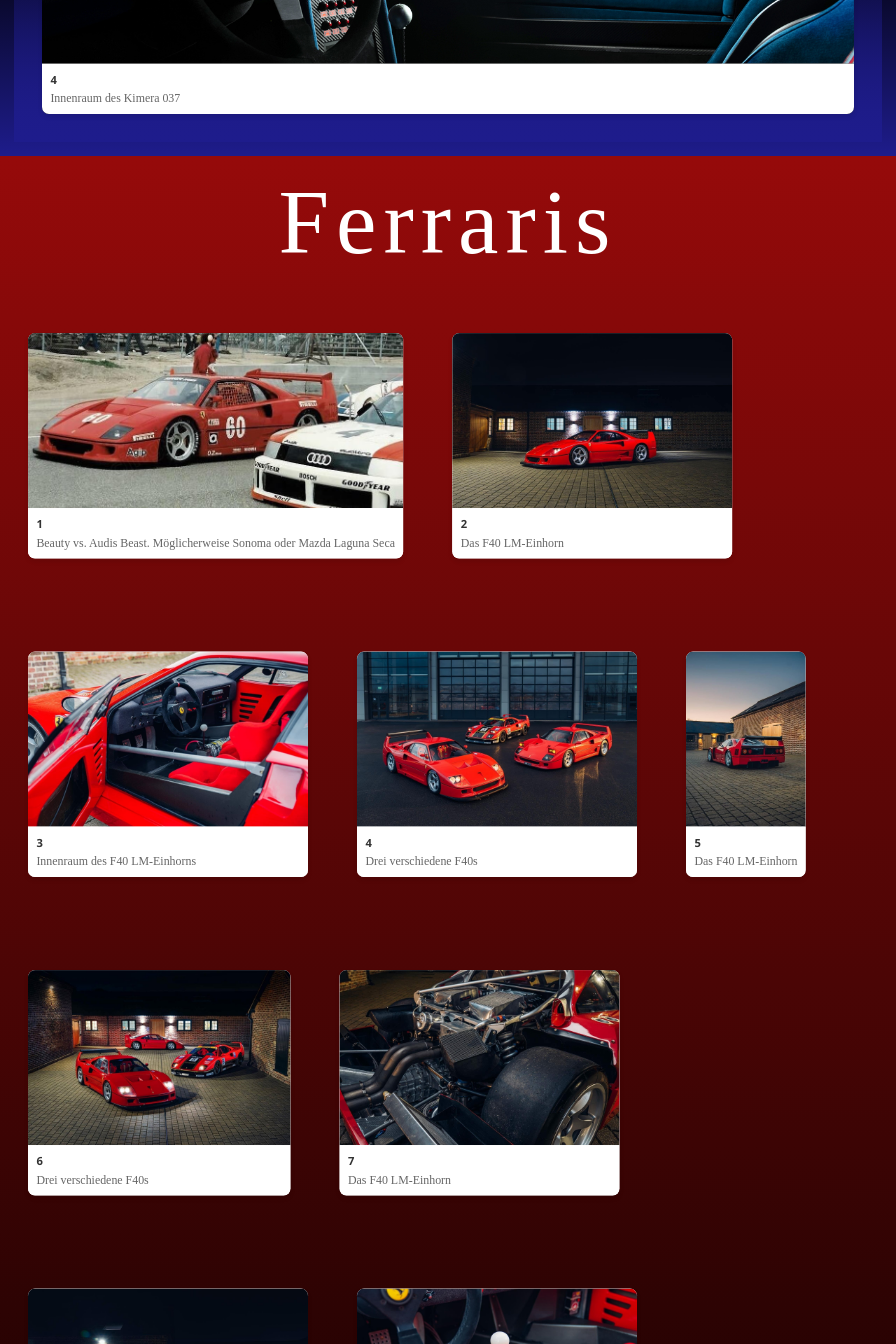
Repository: Johannes-Harald/martini-racing-fanclub
Page: /
The author's editor kept a copy of each file at every save. The page is drawn from the files as they stood at one save, then again after the next save.
The browser window is 1280 px wide. The pictures show the part of the page from y = 1607 to 3527 px (the page is 9148 px tall before and 9031 px after), at 70% of full size.
Some web fonts or font styles are not loaded; a fallback is used. The project was rebuilt for these pictures with package versions that can differ from the ones it lists, and the page was loaded fresh each time. Also part of the build but not shown: vite.config.js, src/components/Lightbox/Lightbox.css, src/components/Lightbox/Lightbox.jsx, src/components/TitleCards/TitleCards.jsx, src/pages/Videos/Videos.css, src/pages/Videos/Videos.jsx.

Above is the page before, as saved 2024-10-13 10:22:13.

After the next save:
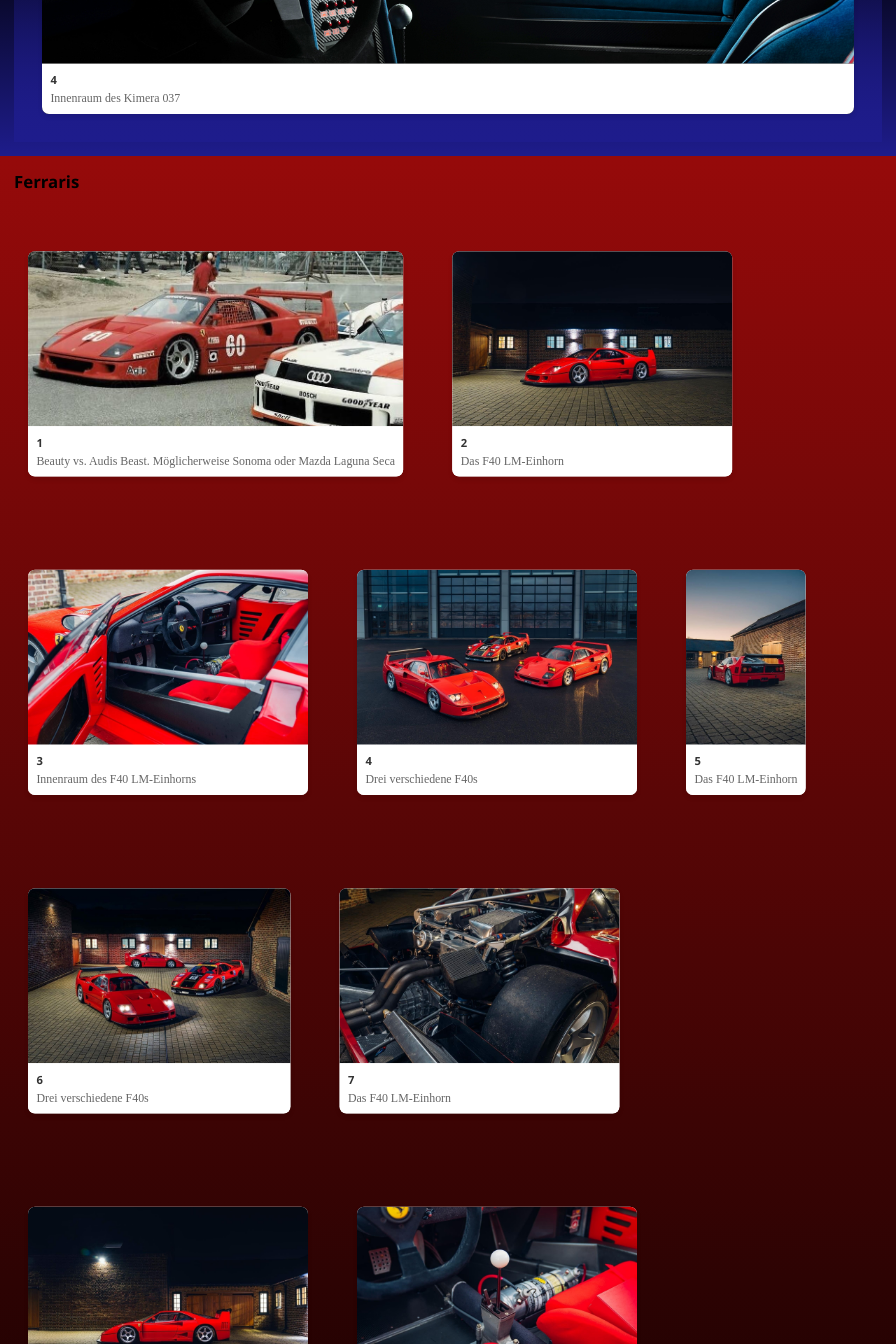
Saved 28 s later.
--- a/src/components/TitleCards/Ferrari.jsx
+++ b/src/components/TitleCards/Ferrari.jsx
@@ -58,7 +58,7 @@
 
   return (
    <div className="ferraris" ref={ref}>
-    <div className="rallyeautos">
+    <div className="ferrarish2">
       <h2>Ferraris</h2>
     </div>
     <div className="card-list-ferrari">
